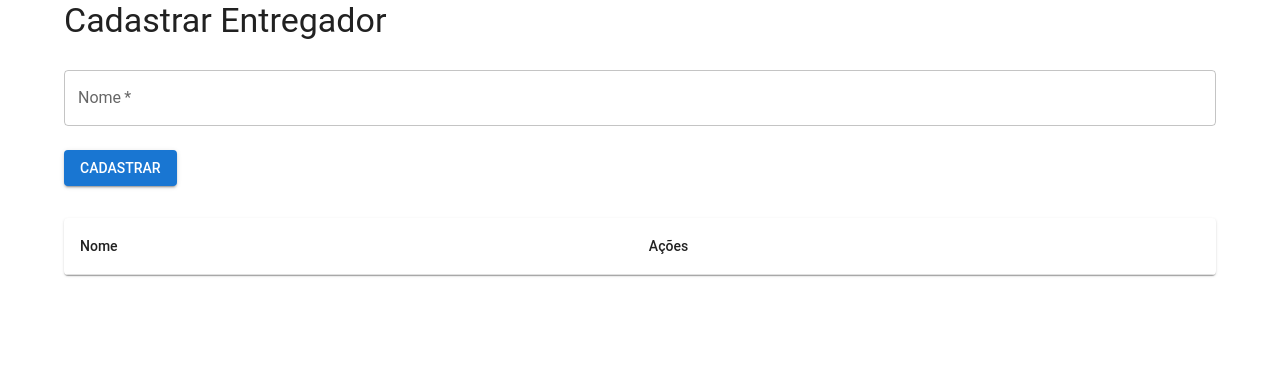
Repository: feliperanon/mobilegestao
Page: /add-entregador (app in frontend/)
The author's editor kept a copy of each file at every save. The page is drawn from the files as they stood at one save, then again after the next save.
The browser window is 1280 px wide. The pictures show the whole page.
The page's requests for data from a server got no answer. The project was rebuilt for these pictures with package versions that can differ from the ones it lists, and the page was loaded fresh each time. No one was signed in, and anything a server would have sent is missing. Also part of the build but not shown: frontend/webpack.config.js, frontend/src/pages/Home.js, frontend/src/pages/History.js, frontend/src/pages/Analysis.js, frontend/src/components/Dashboard.js, frontend/src/components/Login.js, frontend/src/components/Register.js, frontend/src/components/AddCliente.js and 1 more.

Above is the page before, as saved 2024-07-14 20:55:19.

### frontend/public/index.html
<!-- frontend/public/index.html -->

<!DOCTYPE html>
<html lang="en">
<head>
    <meta charset="UTF-8">
    <meta name="viewport" content="width=device-width, initial-scale=1.0">
    <title>Mobile Gestão</title>
</head>
<body>
    <div id="root"></div>
</body>
</html>

### frontend/src/index.js
// frontend/src/index.js

import React from 'react';
import ReactDOM from 'react-dom';
import { BrowserRouter as Router, Route, Switch } from 'react-router-dom';
import { ThemeProvider, createTheme } from '@mui/material/styles';
import CssBaseline from '@mui/material/CssBaseline';
import Home from './pages/Home';
import History from './pages/History';
import Analysis from './pages/Analysis';
import Dashboard from './components/Dashboard';
import Login from './components/Login';
import Register from './components/Register';
import AddEntregador from './components/AddEntregador';
import AddCliente from './components/AddCliente';
import AddStatus from './components/AddStatus';

const theme = createTheme({
  palette: {
    primary: {
      main: '#1976d2',
    },
    secondary: {
      main: '#dc004e',
    },
  },
  typography: {
    fontFamily: 'Roboto, Arial, sans-serif',
  },
});

ReactDOM.render(
  <ThemeProvider theme={theme}>
    <CssBaseline />
    <Router>
      <Switch>
        <Route path="/" exact component={Home} />
        <Route path="/login" component={Login} />
        <Route path="/register" component={Register} />
        <Route path="/dashboard" component={Dashboard} />
        <Route path="/history" component={History} />
        <Route path="/analysis" component={Analysis} />
        <Route path="/add-entregador" component={AddEntregador} />
        <Route path="/add-cliente" component={AddCliente} />
        <Route path="/add-status" component={AddStatus} />
      </Switch>
    </Router>
  </ThemeProvider>,
  document.getElementById('root')
);

### frontend/src/components/AddEntregador.js
// frontend/src/components/AddEntregador.js

import React, { useState, useEffect } from 'react';
import axios from 'axios';
import { Container, Typography, TextField, Button, Box, Table, TableBody, TableCell, TableContainer, TableHead, TableRow, Paper, IconButton } from '@mui/material';
import { Edit, Delete, Block } from '@mui/icons-material';

const AddEntregador = () => {
  const [nome, setNome] = useState('');
  const [entregadores, setEntregadores] = useState([]);
  const [editingId, setEditingId] = useState(null);

  const fetchEntregadores = async () => {
    const res = await axios.get('http://localhost:5008/api/lists/entregadores');
    setEntregadores(res.data);
  };

  useEffect(() => {
    fetchEntregadores();
  }, []);

  const handleSubmit = async (e) => {
    e.preventDefault();
    try {
      if (editingId) {
        await axios.put(`http://localhost:5008/api/lists/entregadores/${editingId}`, { nome });
        setEditingId(null);
      } else {
        await axios.post('http://localhost:5008/api/lists/entregadores', { nome });
      }
      setNome('');
      fetchEntregadores();
      alert('Entregador cadastrado/editado com sucesso!');
    } catch (err) {
      console.error(err);
      alert('Erro ao cadastrar/editando entregador.');
    }
  };

  const handleEdit = (id, currentNome) => {
    setNome(currentNome);
    setEditingId(id);
  };

  const handleDelete = async (id) => {
    try {
      await axios.delete(`http://localhost:5008/api/lists/entregadores/${id}`);
      fetchEntregadores();
      alert('Entregador excluído com sucesso!');
    } catch (err) {
      console.error(err);
      alert('Erro ao excluir entregador.');
    }
  };

  const handleDeactivate = async (id) => {
    try {
      await axios.patch(`http://localhost:5008/api/lists/entregadores/${id}/deactivate`);
      fetchEntregadores();
      alert('Entregador desativado com sucesso!');
    } catch (err) {
      console.error(err);
      alert('Erro ao desativar entregador.');
    }
  };

  return (
    <Container>
      <Typography variant="h4" component="h1" gutterBottom>
        Cadastrar Entregador
      </Typography>
      <Box component="form" onSubmit={handleSubmit} sx={{ mb: 4 }}>
        <TextField
          label="Nome"
          value={nome}
          onChange={(e) => setNome(e.target.value)}
          fullWidth
          required
          margin="normal"
        />
        <Button type="submit" variant="contained" color="primary" sx={{ mt: 2 }}>
          {editingId ? 'Editar' : 'Cadastrar'}
        </Button>
      </Box>
      <TableContainer component={Paper}>
        <Table>
          <TableHead>
            <TableRow>
              <TableCell>Nome</TableCell>
              <TableCell>Ações</TableCell>
            </TableRow>
          </TableHead>
          <TableBody>
            {entregadores.map((entregador) => (
              <TableRow key={entregador._id}>
                <TableCell>{entregador.nome}</TableCell>
                <TableCell>
                  <IconButton onClick={() => handleEdit(entregador._id, entregador.nome)}>
                    <Edit />
                  </IconButton>
                  <IconButton onClick={() => handleDelete(entregador._id)}>
                    <Delete />
                  </IconButton>
                  <IconButton onClick={() => handleDeactivate(entregador._id)}>
                    <Block />
                  </IconButton>
                </TableCell>
              </TableRow>
            ))}
          </TableBody>
        </Table>
      </TableContainer>
    </Container>
  );
};

export default AddEntregador;

### frontend/src/components/Navigation.js
// frontend/src/components/Navigation.js

import React from 'react';
import { Link } from 'react-router-dom';
import { AppBar, Toolbar, Typography, Button } from '@mui/material';

const Navigation = () => {
  return (
    <AppBar position="static">
      <Toolbar>
        <Typography variant="h6" sx={{ flexGrow: 1 }}>
          App Name
        </Typography>
        <Button color="inherit" component={Link} to="/dashboard">Dashboard</Button>
        <Button color="inherit" component={Link} to="/history">Histórico</Button>
        <Button color="inherit" component={Link} to="/add-entregador">Cadastrar Entregador</Button>
        <Button color="inherit" component={Link} to="/add-cliente">Cadastrar Cliente</Button>
        <Button color="inherit" component={Link} to="/add-status">Cadastrar Status</Button>
      </Toolbar>
    </AppBar>
  );
};

export default Navigation;

After the next save:
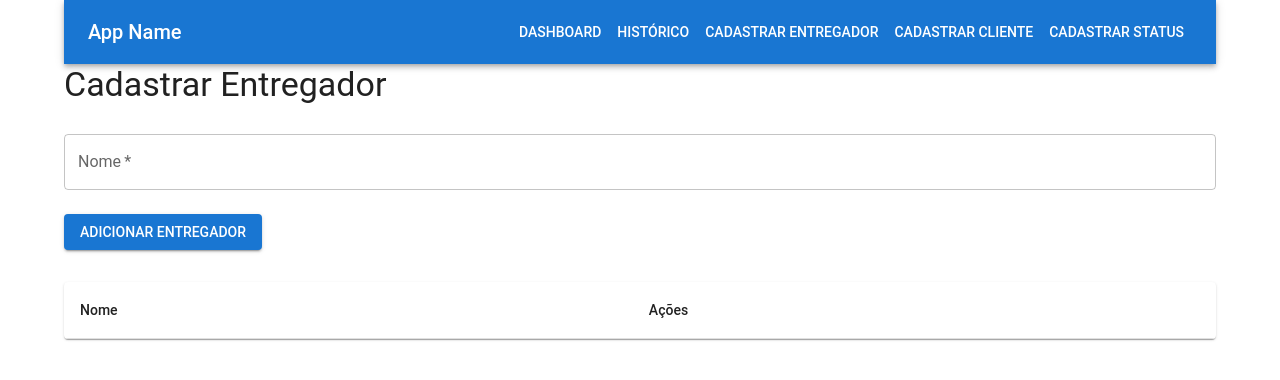
Saved 2 min 54 s later.
--- a/frontend/src/components/AddEntregador.js
+++ b/frontend/src/components/AddEntregador.js
@@ -1,71 +1,50 @@
 // frontend/src/components/AddEntregador.js
 
-import React, { useState, useEffect } from 'react';
+import React, { useState } from 'react';
 import axios from 'axios';
-import { Container, Typography, TextField, Button, Box, Table, TableBody, TableCell, TableContainer, TableHead, TableRow, Paper, IconButton } from '@mui/material';
-import { Edit, Delete, Block } from '@mui/icons-material';
+import {
+  Container,
+  Typography,
+  Box,
+  TextField,
+  Button,
+  Table,
+  TableBody,
+  TableCell,
+  TableContainer,
+  TableHead,
+  TableRow,
+  Paper,
+} from '@mui/material';
+import Navigation from './Navigation';
 
 const AddEntregador = () => {
   const [nome, setNome] = useState('');
   const [entregadores, setEntregadores] = useState([]);
-  const [editingId, setEditingId] = useState(null);
-
-  const fetchEntregadores = async () => {
-    const res = await axios.get('http://localhost:5008/api/lists/entregadores');
-    setEntregadores(res.data);
-  };
-
-  useEffect(() => {
-    fetchEntregadores();
-  }, []);
 
   const handleSubmit = async (e) => {
     e.preventDefault();
     try {
-      if (editingId) {
-        await axios.put(`http://localhost:5008/api/lists/entregadores/${editingId}`, { nome });
-        setEditingId(null);
-      } else {
-        await axios.post('http://localhost:5008/api/lists/entregadores', { nome });
-      }
+      const res = await axios.post('http://localhost:5008/api/lists/entregadores', { nome });
+      setEntregadores([res.data, ...entregadores]);
       setNome('');
-      fetchEntregadores();
-      alert('Entregador cadastrado/editado com sucesso!');
     } catch (err) {
       console.error(err);
-      alert('Erro ao cadastrar/editando entregador.');
     }
-  };
-
-  const handleEdit = (id, currentNome) => {
-    setNome(currentNome);
-    setEditingId(id);
   };
 
   const handleDelete = async (id) => {
     try {
       await axios.delete(`http://localhost:5008/api/lists/entregadores/${id}`);
-      fetchEntregadores();
-      alert('Entregador excluído com sucesso!');
+      setEntregadores(entregadores.filter((ent) => ent._id !== id));
     } catch (err) {
       console.error(err);
-      alert('Erro ao excluir entregador.');
-    }
-  };
-
-  const handleDeactivate = async (id) => {
-    try {
-      await axios.patch(`http://localhost:5008/api/lists/entregadores/${id}/deactivate`);
-      fetchEntregadores();
-      alert('Entregador desativado com sucesso!');
-    } catch (err) {
-      console.error(err);
-      alert('Erro ao desativar entregador.');
     }
   };
 
   return (
     <Container>
+      <Navigation />
       <Typography variant="h4" component="h1" gutterBottom>
         Cadastrar Entregador
       </Typography>
@@ -79,7 +58,7 @@ const AddEntregador = () => {
           margin="normal"
         />
         <Button type="submit" variant="contained" color="primary" sx={{ mt: 2 }}>
-          {editingId ? 'Editar' : 'Cadastrar'}
+          Adicionar Entregador
         </Button>
       </Box>
       <TableContainer component={Paper}>
@@ -95,15 +74,9 @@ const AddEntregador = () => {
               <TableRow key={entregador._id}>
                 <TableCell>{entregador.nome}</TableCell>
                 <TableCell>
-                  <IconButton onClick={() => handleEdit(entregador._id, entregador.nome)}>
-                    <Edit />
-                  </IconButton>
-                  <IconButton onClick={() => handleDelete(entregador._id)}>
-                    <Delete />
-                  </IconButton>
-                  <IconButton onClick={() => handleDeactivate(entregador._id)}>
-                    <Block />
-                  </IconButton>
+                  <Button onClick={() => handleDelete(entregador._id)} color="secondary">
+                    Excluir
+                  </Button>
                 </TableCell>
               </TableRow>
             ))}
